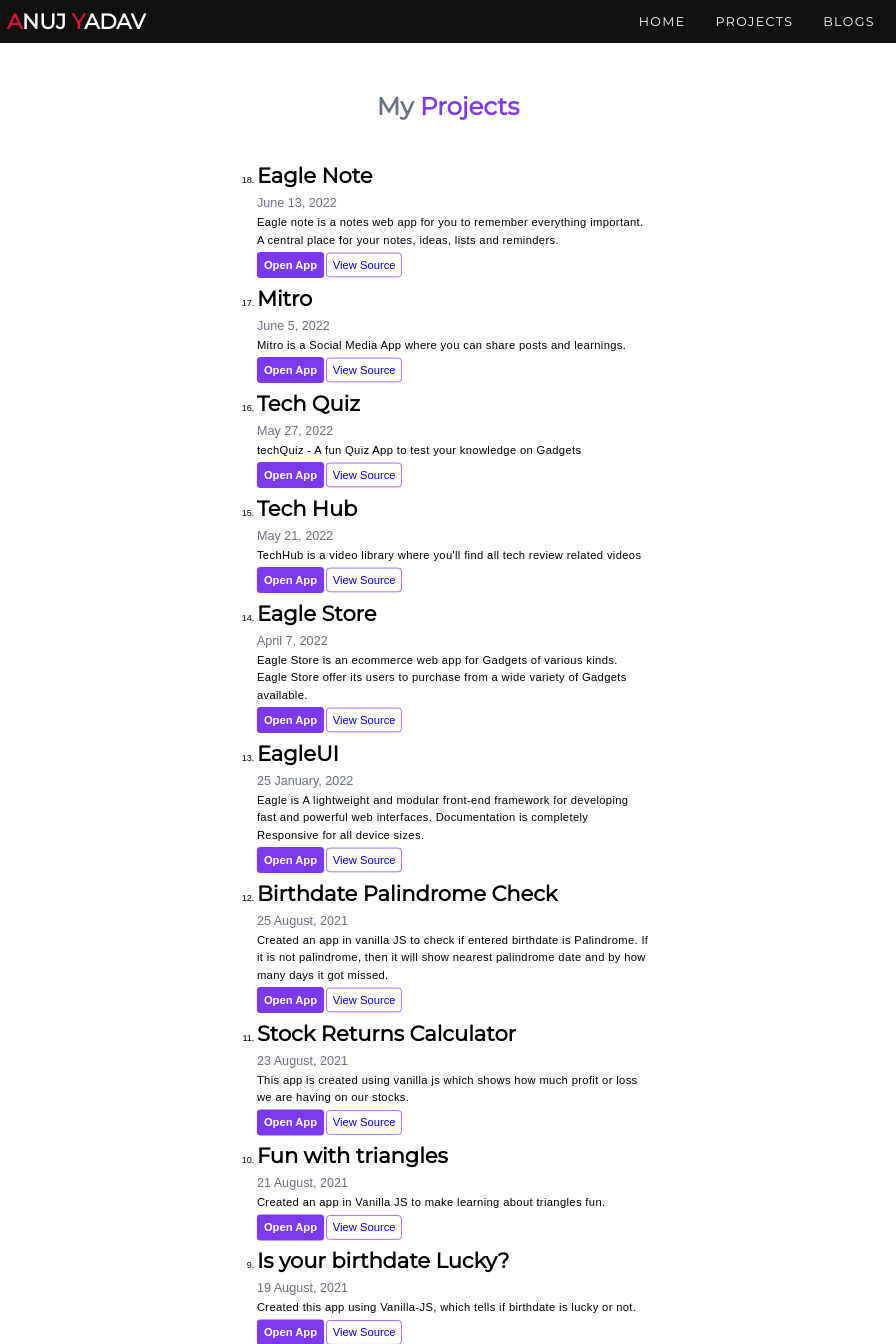
Repository: anuj-kumary/Portfolio
Page: project.html
The author's editor kept a copy of each file at every save. The page is drawn from the files as they stood at one save, then again after the next save.
The browser window is 1280 px wide. The pictures show the part of the page from y = 0 to 1920 px (the page is 3724 px tall before and 4076 px after), at 70% of full size.

Above is the page before, as saved 2022-11-12 10:24:43.

After the next save:
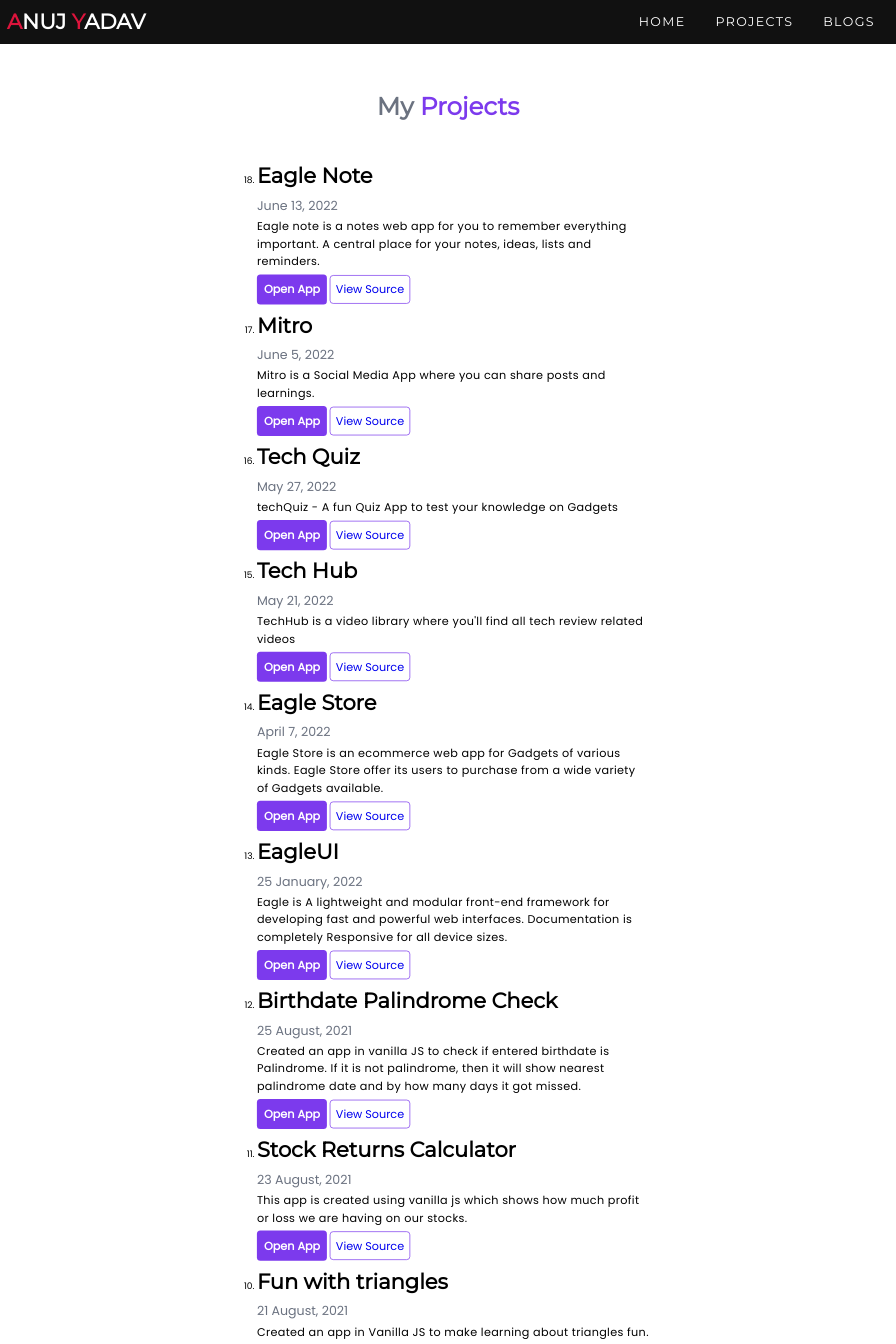
Saved 2 min 15 s later.
--- a/style.css
+++ b/style.css
@@ -1,4 +1,5 @@
 @import 'https://fonts.googleapis.com/css?family=Montserrat:300, 400, 700&display=swap';
+@import url('https://fonts.googleapis.com/css2?family=Poppins:wght@200;300;400&display=swap');
 
 * {
 	padding: 0;
